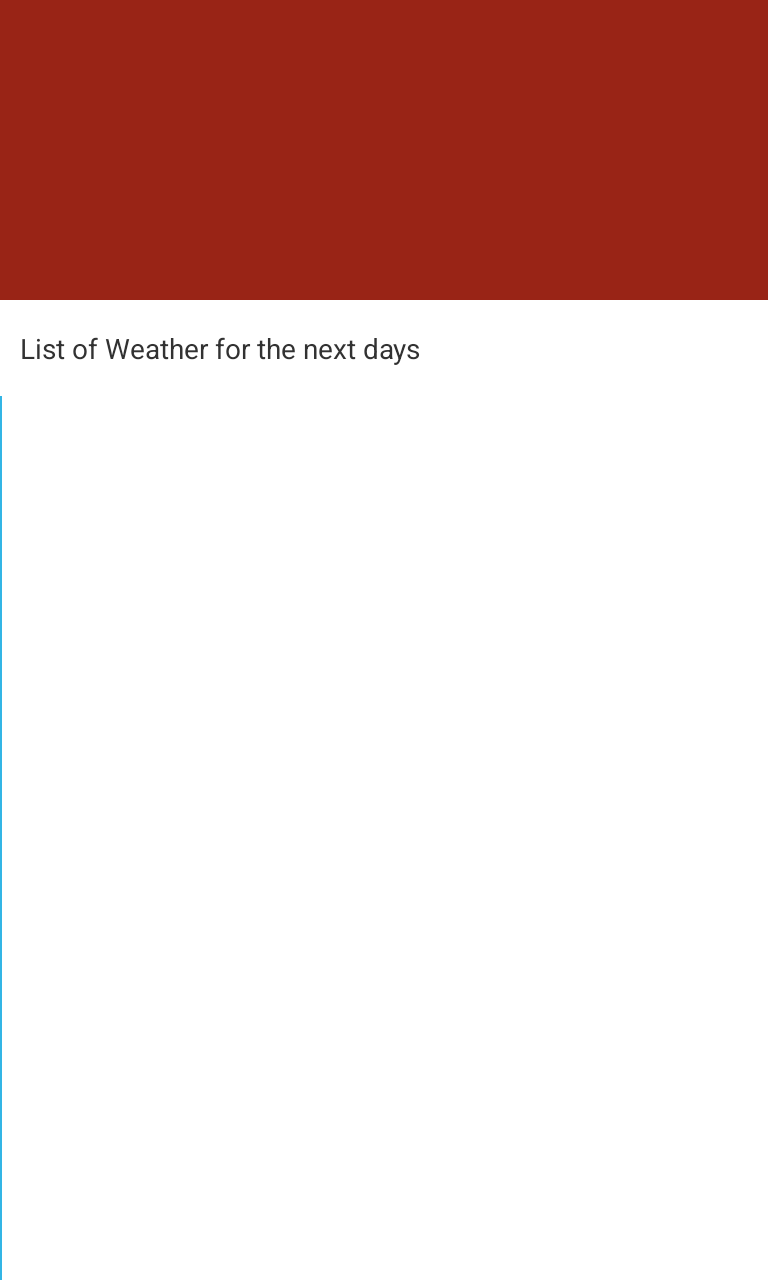
Repository: randhika/WeatherApp
Layout: WeatherApp/res/layout/home_fragment_layout.xml
These files come from the project's save history. The layout is drawn as it stood at one moment and after the next save; the edit follows.
It is drawn on a 768 x 1280 px phone screen (xhdpi) without system bars, with theme AppTheme; the app's code is not run.

Above is the layout before, as saved 2014-04-27 18:56:31.

### WeatherApp/res/layout/home_fragment_layout.xml
<?xml version="1.0" encoding="utf-8"?>
<LinearLayout xmlns:android="http://schemas.android.com/apk/res/android"
    android:layout_width="match_parent"
    android:layout_height="match_parent"
    android:orientation="vertical" >

    <LinearLayout
        android:layout_width="match_parent"
        android:layout_height="150dp"
        android:background="@color/list_background_pressed"
        android:orientation="vertical"
        android:paddingLeft="10dp" >

        <TextView
            android:id="@+id/tv_temperature"
            android:layout_width="match_parent"
            android:layout_height="0dp"
            android:layout_weight="0.3"
            android:gravity="center_vertical"
            android:textSize="30sp" />

        <TextView
            android:id="@+id/tv_weather_stat"
            android:layout_width="match_parent"
            android:layout_height="0dp"
            android:layout_gravity="center_vertical"
            android:layout_weight="0.1"
            android:textSize="18sp" />

        <TextView
            android:id="@+id/tv_current_city"
            android:layout_width="match_parent"
            android:layout_height="0dp"
            android:layout_gravity="center_vertical"
            android:layout_weight="0.1"
            android:textSize="18sp" />

        <TextView
            android:id="@+id/tv_last_update"
            android:layout_width="match_parent"
            android:layout_height="0dp"
            android:layout_gravity="center_vertical"
            android:layout_weight="0.1"
            android:textSize="18sp" />
    </LinearLayout>

    <TextView
        android:id="@+id/btn_get_weather"
        android:layout_width="match_parent"
        android:layout_height="48dp"
        android:gravity="center_vertical"
        android:paddingLeft="10dp"
        android:layout_gravity="center"
        android:text="@string/Weather_For_Next_Days" />

    <View
        android:layout_width="1dp"
        android:layout_height="fill_parent"
        android:background="@android:color/holo_blue_light" />

</LinearLayout>

### WeatherApp/res/values/strings.xml
<resources>

    <string name="app_name">WeatherApp</string>
    <string name="action_settings">Settings</string>
    <string name="hello_world">Hello world!</string>
    <string name="drawer_open">Slider Menu Opened</string>
    <string name="drawer_close">Slider Menu Closed</string>
    <string name="Weather_For_Next_Days">List of Weather for the next days</string>

    <!-- Nav Drawer Menu Items -->
    <string-array name="nav_drawer_items">
        <item >Home</item>
        <item >Map</item>
        <item >Favourites</item>
        <item >RSS</item>
        <item >Settings</item>
    </string-array>

    <!-- Nav Drawer List Item Icons -->
    <!-- Keep them in order as the titles are in -->
    <array name="nav_drawer_icons">
        <item>@drawable/ic_home</item>
        <item>@drawable/ic_home</item>
        <item>@drawable/ic_home</item>
        <item>@drawable/ic_home</item>
        <item>@drawable/ic_home</item>
    </array>

    <!-- Content Description -->
    <string name="desc_list_item_icon">Item Icon</string>


</resources>

Loaded but not shown: WeatherApp/res/values/styles.xml (common file); WeatherApp/res/values-v11/styles.xml (common file); WeatherApp/res/values-v14/styles.xml (common file); WeatherApp/res/values/color.xml (common file)

After the next save:
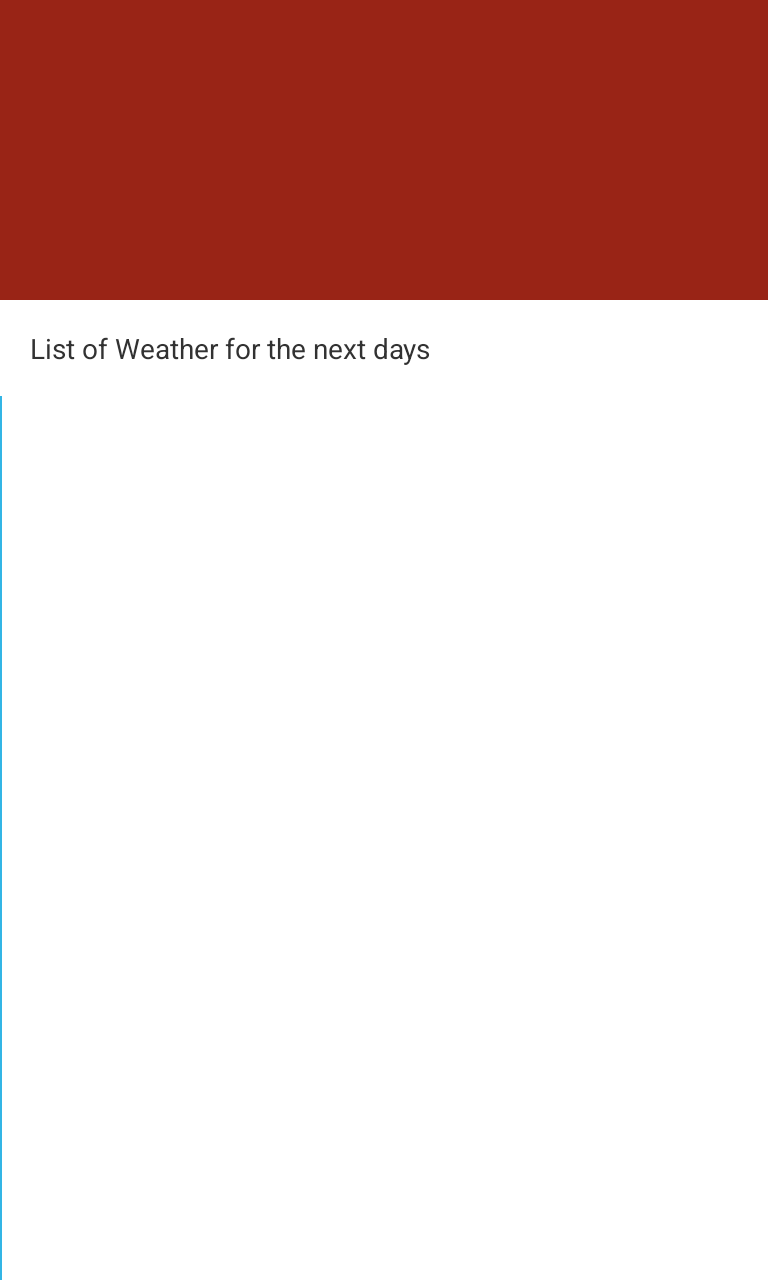
Saved 8 s later.
--- a/WeatherApp/res/layout/home_fragment_layout.xml
+++ b/WeatherApp/res/layout/home_fragment_layout.xml
@@ -49,7 +49,7 @@
         android:layout_width="match_parent"
         android:layout_height="48dp"
         android:gravity="center_vertical"
-        android:paddingLeft="10dp"
+        android:paddingLeft="15dp"
         android:layout_gravity="center"
         android:text="@string/Weather_For_Next_Days" />
 
